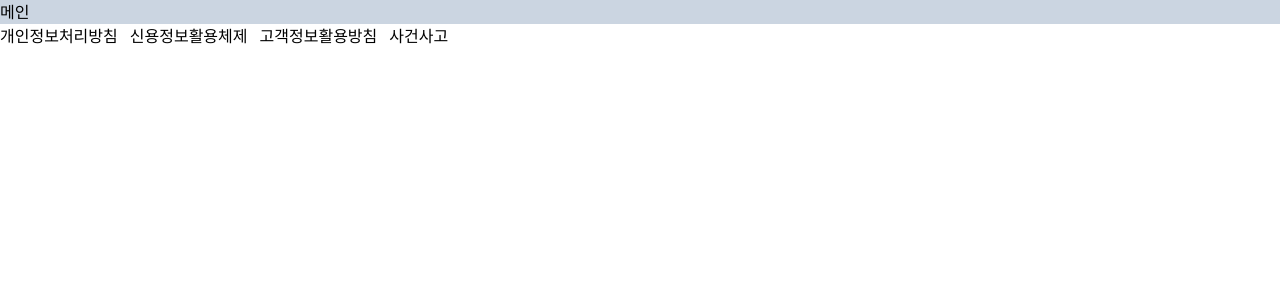
Repository: hanaTI-team-1/frontend
Page: /
An editor plug-in stored every save of this project. The page is shown before and after the next save, followed by the edit.
The browser window is 1280 px wide. The pictures show the whole page.
The project was rebuilt for these pictures with package versions that can differ from the ones it lists, and the page was loaded fresh each time. Also part of the build but not shown: vite.config.js, src/App.css, src/components/Recommend.jsx, src/components/Protect.jsx.

Above is the page before, as saved 2024-07-11 20:15:29.

After the next save:
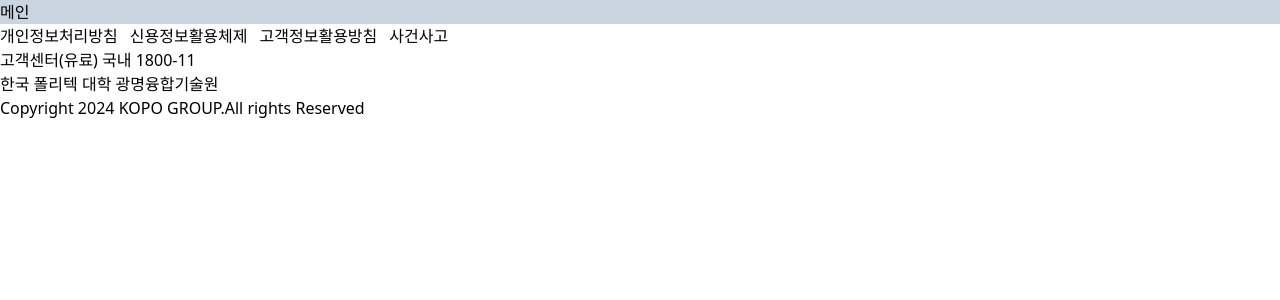
Saved 114 s later.
--- a/src/components/Footer.jsx
+++ b/src/components/Footer.jsx
@@ -10,9 +10,9 @@ export const Footer = () => {
         </ul>
       </nav>
       <div></div>
-      <div></div>
-      <div></div>
-      <div></div>
+      <div>고객센터(유료) 국내 1800-11</div>
+      <div>한국 폴리텍 대학 광명융합기술원</div>
+      <div>Copyright 2024 KOPO GROUP.All rights Reserved</div>
     </div>
   </footer>
 }
